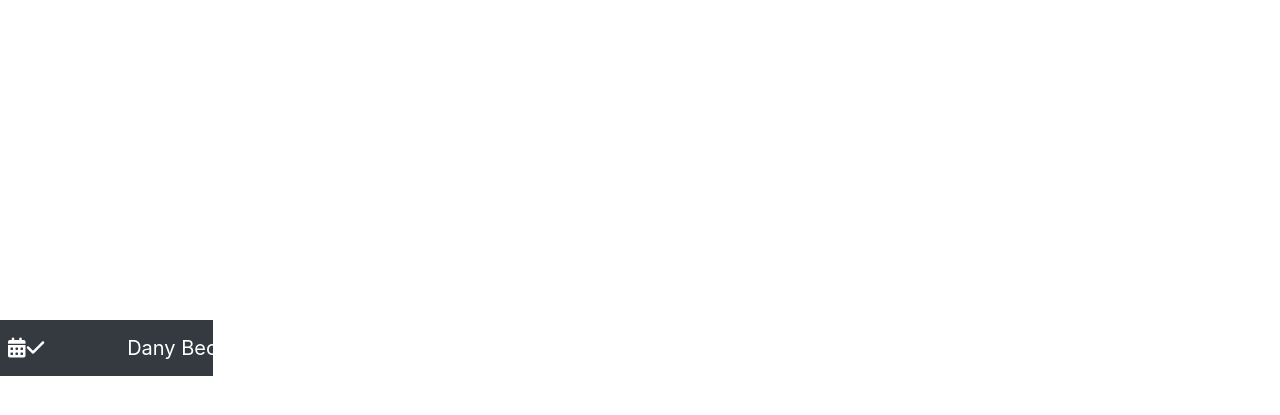
Repository: bechara611/calendar-frontend
Page: /
These files come from the project's save history. The page is drawn as it stood at one moment and after the next save; the edit follows.
The browser window is 1280 px wide. The pictures show the whole page.
The project was rebuilt for these pictures with package versions that can differ from the ones it lists, and the page was loaded fresh each time. Also part of the build but not shown: vite.config.js. Imported but missing from the stored project, and not drawn on this page: src/auth.

Above is the page before, as saved 2023-01-04 14:13:34.

### index.html
<!DOCTYPE html>
<html lang="en">
  <head>
    <meta charset="UTF-8" />
    <link rel="icon" type="image/svg+xml" href="/vite.svg" />
    <meta name="viewport" content="width=device-width, initial-scale=1.0" />
    <title>CalendarDB</title>
    <link rel="stylesheet" href="https://cdn.jsdelivr.net/npm/bootstrap@4.5.3/dist/css/bootstrap.min.css" integrity="sha384-TX8t27EcRE3e/ihU7zmQxVncDAy5uIKz4rEkgIXeMed4M0jlfIDPvg6uqKI2xXr2" crossorigin="anonymous">
    <link rel="stylesheet" href="https://cdnjs.cloudflare.com/ajax/libs/font-awesome/6.2.1/css/all.min.css" integrity="sha512-MV7K8+y+gLIBoVD59lQIYicR65iaqukzvf/nwasF0nqhPay5w/9lJmVM2hMDcnK1OnMGCdVK+iQrJ7lzPJQd1w==" crossorigin="anonymous" referrerpolicy="no-referrer" />
  </head>
  <body>
    <div id="root"></div>
    <script type="module" src="/src/main.jsx"></script>
  </body>
</html>

### src/main.jsx
import React from 'react'
import ReactDOM from 'react-dom/client'
import { BrowserRouter } from 'react-router-dom'
import { CalendarApp } from './CalendarApp'
import './styles.css'

ReactDOM.createRoot(document.getElementById('root')).render(
  <React.StrictMode>

    <BrowserRouter>
      <CalendarApp />
    </BrowserRouter>

    </React.StrictMode>,
)

### src/CalendarApp.jsx
import React from 'react'
import { AppRouter } from './router/AppRouter'

export const CalendarApp = () => {
  return (
   <AppRouter></AppRouter>
  )
}

### src/router/AppRouter.jsx
import React from 'react'
import { Navigate, Route, Routes } from 'react-router-dom'
import { LoginPages } from '../auth/'
import { CalendarPages } from '../calendar/'


export const AppRouter = () => {
 // const authStatus = 'not-authenticated'
  const authStatus = 'authenticated'
  return (
    <Routes>
      {
        (authStatus === 'not-authenticated'
          ? <Route path='/auth/*' element={<LoginPages></LoginPages>}></Route>
          : <Route path='/*' element={<CalendarPages></CalendarPages>}></Route>
        )
      }
      <Route path='/*' element={<Navigate to={'/auth/login'}></Navigate>}></Route>

    </Routes>
  )
}

### src/calendar/index.js
export * from './pages/CalendarPages'
export * from './components/NavBar'

### src/calendar/pages/CalendarPages.jsx
import React from 'react'
import { NavBar } from '../components/NavBar'

export const CalendarPages = () => {
  return (
 <NavBar></NavBar>
  )
}

### src/calendar/components/NavBar.jsx
import React from 'react'
import './NavBar.css'
export const NavBar = () => {
  return (
    <div className="navbar navbar-dark bg-dark mb-4 px-2">
    <span className='navbar-brand'>
    <i className='fas fa-calendar-alt'></i>
    <i className="fa-sharp fa-solid fa-check icono"></i>

    &nbsp;
    Dany Bechara
    </span>
    </div>
  )
}

### src/calendar/components/NavBar.css
.icono{
 width: 50%;
}

Loaded but not shown: src/styles.css (common file)

After the next save:
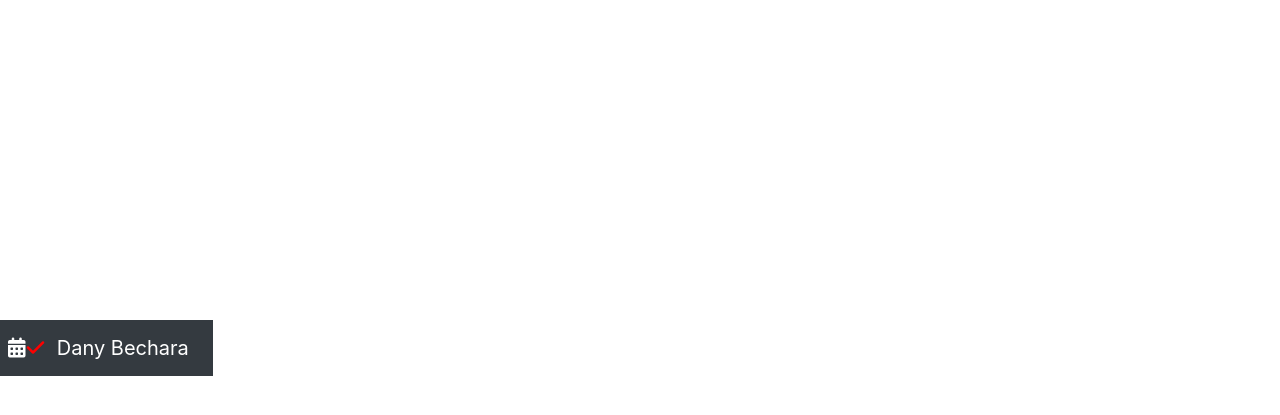
Saved 9 s later.
--- a/src/calendar/components/NavBar.css
+++ b/src/calendar/components/NavBar.css
@@ -1,3 +1,3 @@
 .icono{
- width: 50%;
+color: red;
 }
